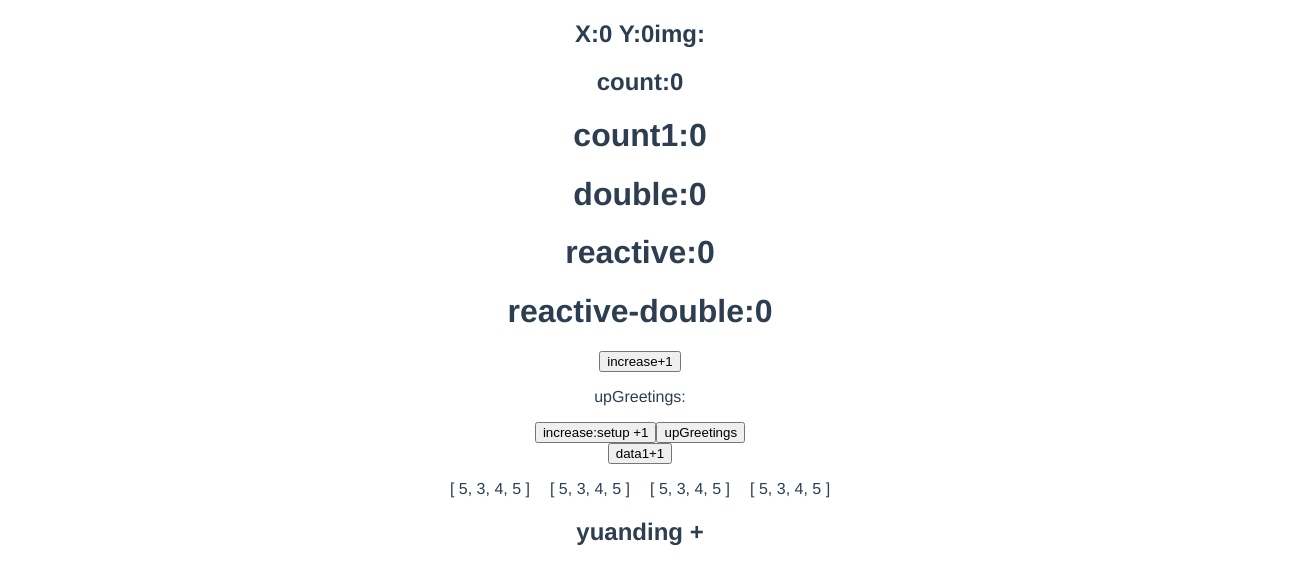
Repository: yuandinghh/vue3t2
Page: /
The author's editor kept a copy of each file at every save. The page is drawn from the files as they stood at one save, then again after the next save.
The browser window is 1280 px wide. The page is 1280 px wide, then 1290 px, so the pictures cover 1290 px, including what lies to the right of the window. The pictures show the whole page.
The page's requests for data from a server got no answer. The project was rebuilt for these pictures with package versions that can differ from the ones it lists, and the page was loaded fresh each time. No one was signed in, and anything a server would have sent is missing.

Above is the page before, as saved 2023-02-27 02:24:06.

### public/index.html
<!DOCTYPE html>
<html lang="ts">

<head>
  <meta charset="utf-8">
  <meta http-equiv="X-UA-Compatible" content="IE=edge">
  <meta name="viewport" content="width=device-width,initial-scale=1.0">
  <link rel="icon" href="<%= BASE_URL %>favicon.ico">
  <style>
    body {
      margin: 0px;
      padding: -10px;

    }
  </style>
  <title> vue3</title>
</head>

<body>
  <noscript>
    <strong>We're sorry but <%= htmlWebpackPlugin.options.title %> doesn't work properly without JavaScript enabled.
        Please enable it to continue.</strong>
  </noscript>
  <div id="app"></div>
  <!-- built files will be auto injected -->
</body>

</html>

### src/App.vue

<template>
  <div id="app">
    <!-- <img alt="Vue logo" src="./assets/logo.png" /> -->
    <HelloWorld msg="Welcome to Your Vue.js + TypeScript App" />
  </div>
</template>

<script lang="ts">
import { defineComponent } from "vue";
import HelloWorld from "./components/HelloWorld.vue";
// const let a =1;
export default defineComponent({
  name: "App",

  components: {
    HelloWorld,
  },
});
</script>

<style>
#app {
  font-family: Avenir, Helvetica, Arial, sans-serif;
  -webkit-font-smoothing: antialiased;
  -moz-osx-font-smoothing: grayscale;
  text-align: center;
  color: #2c3e50;
  margin-top: 20px;
}

</style>

### src/components/HelloWorld.vue
<template>
  <div class="hello">
    <h2 v-if="loading">Loadin>>>>>.message  v-if="loaded"</h2>
    <img v-if="loaded"  :src="img">   <!--   <img v-if="loaded" :src="img"> 加了v-if="loaded"  反而无法显示 (子程序出错) -->
    <h2>X:{{ x }} Y:{{ y }}img:{{ img }}</h2>
    <h2>count:{{ count }}</h2>
    <h1>count1:{{ count1 }}</h1>
    <h1>double:{{ double }}</h1>
    <h1>reactive:{{ data1.count }}</h1>
    <h1>reactive-double:{{ data1.double }}</h1>
    <button @click="increase">increase+1</button>
    <div>
      <p>upGreetings:{{ greetings }}</p>
      <button @click="increase1">increase:setup +1</button>
      <button @click="upGreetings">upGreetings</button>
    </div>
    <button @click="data1.increase">data1+1</button>
    <ul>
      <li v-for="number in numbers" :key="number"> {{ numbers }}</li>
    </ul>
  </div>
  <h2> {{ person.name }} + {{}}</h2>
</template>

<script lang="ts">
//todo
//bug
//tag
import { defineComponent } from "vue";
import { ref, computed, reactive, toRefs, watch } from "vue";  //torefs 响应式函数,onMounted,onUnmounted onMounted,onUpdated,onRenderTriggered,
import useMousePosition from '../hooks/useMousePosition'  //获得外部函数
import useURLloader from '../hooks/useURLloader'

interface Dp {
  count: number;
  double: number;
  increase: () => void;
  numbers: number[];
  person: { name?: string }
}

export default defineComponent({
  name: "HelloWorld",
  props: {
    msg: String,
  },
  setup() {
    const { x, y } = useMousePosition()
    // onMounted(()=>{   //加载
    //   console.log('onMounted')
    // });
    // onUpdated(()=>{
    //   console.log('onUpdated')   ///更新 加载函数
    // });
    // onRenderTriggered((event) => {  //跟踪页面数值变化
    //   console.l og(event)
    // })
    const { img, result, loading, loaded } = useURLloader('https://dog.ceo/api/breeds/image/random');

    console.log("result: " + result.value + "  loading:" + loading.value + "  loaded:" + loaded)
    console.log("img::::: " + img.value)
    console.log("img " + img)
    console.log("result.value: " + result.value)

    const greetings = ref('')
    const upGreetings = () => {
      greetings.value += 'hello!'
    }
    // const x = ref(0);    const y = ref(0)  //已经转移到新的文件夹中
    // const upateMouse = (e:MouseEvent) => {  //监控屏幕坐标
    //   x.value = e.pageX
    //   y.value = e.pageY
    // }
    //   onMounted(() => {
    //     document.addEventListener('click', upateMouse)
    //   })
    //   onUnmounted(()=> {
    //     document.removeEventListener('click',upateMouse)
    //   })
    watch(greetings, (newValue, oldValue) => {  //监控 点击前后数值
      console.log("newValue: " + newValue + "  oldValue:" + oldValue)
      document.title = 'updated' + greetings.value
    });

    const count1 = ref(0);
    // const double = computed(() => {
    //   return count1.value * 2;
    // });
    const increase1 = () => {
      count1.value++;
    };

    const data1: Dp = reactive({
      count: 0,
      increase: () => { data1.count++; },
      double: computed(() => data1.count * 3),
      numbers: [0, 3, 4, 5],
      person: {}
    });
    data1.numbers[0] = 5
    data1.person.name = "yuanding"
    const refdata = toRefs(data1) //
    refdata.double
    return {
      count1,
      increase1,      //double,
      data1,
      upGreetings,
      greetings,
      x, y, img,
      result,
      loaded, loading,
      ...refdata    //全部响应式对象
    };
  },
  data() {
    return {
      count: 0,
    };
  },

  methods: {
    increase() {
      this.count++;
    },
  },
});
</script>
ø
<!-- Add "scoped" attribute to limit CSS to this component only -->
<style scoped>
.hello{
  padding: -10px;
}
  h1 h2  h3 {
  margin: 40px 0 0;
  padding: -10px;
}

ul {
  list-style-type: none;
  padding: 0;
}

li {
  display: inline-block;
  margin: 0 10px;
}

a {
  color: #42b983;
}
</style>

### src/hooks/useMousePosition.ts
import { ref, onMounted, onUnmounted }   from 'vue'
function  useMousePosition() {
    const x = ref(0); const y = ref(0)
    const upateMouse = (e: MouseEvent) => {  //监控屏幕坐标
        x.value = e.pageX
        y.value = e.pageY
    }
    onMounted(() => {
        document.addEventListener('click', upateMouse)
    })
    onUnmounted(() => {
        document.removeEventListener('click', upateMouse)
    })
    return {x,y}
}
export default useMousePosition

### src/hooks/useURLloader.ts
import axios from 'axios';
import { ref } from 'vue'

function useURLloader(url: string) {
    const result = ref(null)
    const loading = ref(true)
    const loaded = ref(false)
    const error = ref(null)
    const img = ref('')    //ref(String)

    axios.get(url).then((rawData) => {
        console.log("rawData:" + rawData)
        loading.value = false
        loaded.value = true
        result.value = rawData.data.message
        console.log('ts:result.value:' + result.value)
        img.value = rawData.data.message
        console.log('img:?' + img.value)
        console.log(rawData.data.status)
    }).catch((e) => {
        error.value = e
        loading.value = false
        console.log(e)
    })
    return {
        result, loaded, loading, error, img
    }
}
export default useURLloader

Loaded but not shown: src/main.ts (common file)

After the next save:
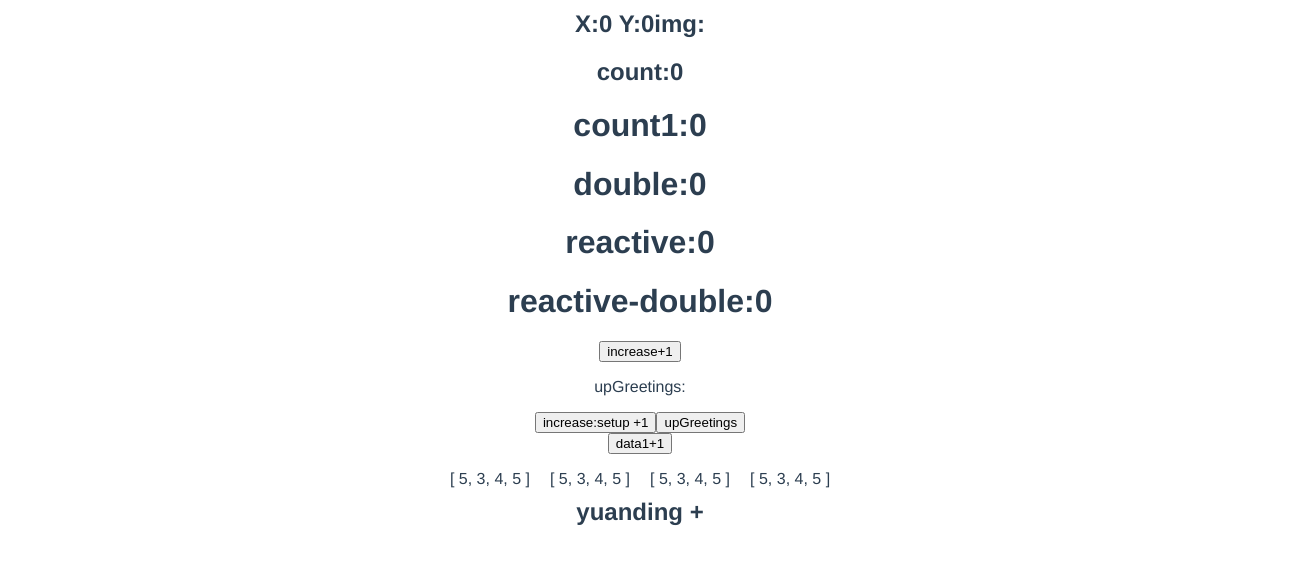
Saved 22 s later.
--- a/src/components/HelloWorld.vue
+++ b/src/components/HelloWorld.vue
@@ -131,6 +131,7 @@
 <style scoped>
 .hello{
   padding: -10px;
+  margin: -10px;
 }
   h1 h2  h3 {
   margin: 40px 0 0;
